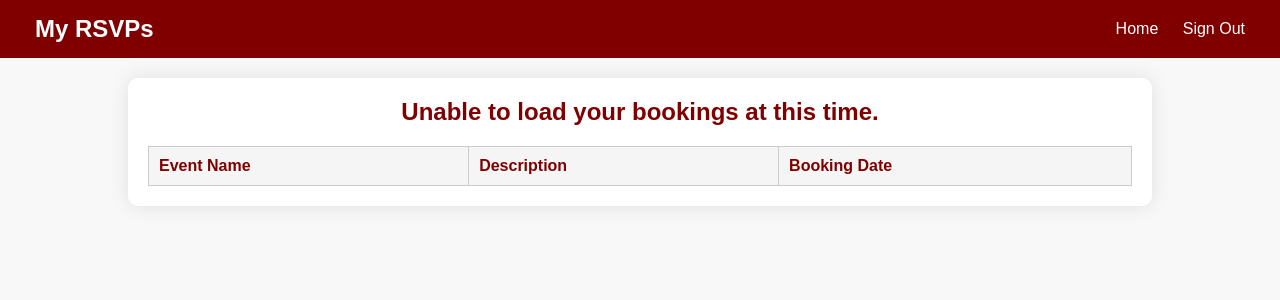
Repository: krypton-arch/CollegeEvent
Page: CollegeEvent/src/main/webapp/my_rsvps.html
These files come from the project's save history. The page is drawn as it stood at one moment and after the next save; the edit follows.
The browser window is 1280 px wide. The pictures show the whole page.
The page's requests for data from a server got no answer.

Above is the page before, as saved 2024-10-30 12:26:03.

### CollegeEvent/src/main/webapp/my_rsvps.html
<!DOCTYPE html>
<html lang="en">
<head>
    <meta charset="UTF-8">
    <meta name="viewport" content="width=device-width, initial-scale=1.0">
    <link rel="stylesheet" href="styles3.css">
    <title>My RSVPs - College Event Management</title>
</head>
<body>
    <nav class="navbar">
        <h1>My RSVPs</h1>
        <div class="nav-links">
            <a href="home.html">Home</a>
            <a href="login.html">Sign Out</a>
        </div>
    </nav>

    <div class="container">
        <h2 id="greeting"></h2>
        <table id="rsvp-table">
            <thead>
                <tr>
                    <th>Event Name</th>
                    <th>Description</th>
                    <th>Booking Date</th>
                </tr>
            </thead>
            <tbody>
                <!-- RSVP bookings will be inserted here by JavaScript -->
            </tbody>
        </table>
        <p id="no-rsvps" style="display: none;">You currently have no RSVPs.</p>
    </div>

    <script>
        // Fetch RSVPs on page load
        window.onload = async function() {
            try {
                const response = await fetch('MyRSVPsServlet');
                const data = await response.json();

                // Display greeting with user name
                document.getElementById('greeting').innerText = `Hello, ${data.name}! Here are your bookings:`;

                const tbody = document.getElementById('rsvp-table').getElementsByTagName('tbody')[0];

                // Check if there are any bookings
                if (data.bookings && data.bookings.length > 0) {
                    // Populate the table with bookings data
                    data.bookings.forEach(booking => {
                        const row = tbody.insertRow();
                        row.insertCell(0).innerText = booking.eventName;
                        row.insertCell(1).innerText = booking.description || 'No description available';
                        row.insertCell(2).innerText = booking.bookingDate;
                    });
                } else {
                    // Show message if no RSVPs are found
                    document.getElementById('no-rsvps').style.display = 'block';
                }
            } catch (error) {
                console.error('Error fetching RSVPs:', error);
                document.getElementById('greeting').innerText = 'Unable to load your bookings at this time.';
            }
        };
    </script>
</body>
</html>

### CollegeEvent/src/main/webapp/styles3.css
@charset "ISO-8859-1";

* {
    box-sizing: border-box;
    margin: 0;
    padding: 0;
}

body {
    font-family: Arial, sans-serif;
    background-color: #f8f8f8; /* Light cream background */
}

.navbar {
    display: flex;
    justify-content: space-between;
    align-items: center;
    background-color: maroon; /* Maroon navbar */
    color: white;
    padding: 15px;
}

.navbar h1 {
    margin-left: 20px;
}

.nav-links {
    margin-right: 20px;
}

.nav-links a {
    color: white;
    text-decoration: none;
    margin-left: 20px;
}

.nav-links a:hover {
    text-decoration: underline;
}

.container {
    padding: 20px;
    margin: 20px auto;
    width: 80%;
    background-color: #ffffff; /* White box */
    border-radius: 10px;
    box-shadow: 0 0 20px rgba(0, 0, 0, 0.1);
}

h2 {
    text-align: center;
    color: maroon;
    margin-bottom: 20px;
}

table {
    width: 100%;
    border-collapse: collapse;
}

th, td {
    border: 1px solid #ccc;
    padding: 10px;
    text-align: left;
}

th {
    background-color: #f5f5f5; /* Light cream header */
    color: maroon;
}

After the next save:
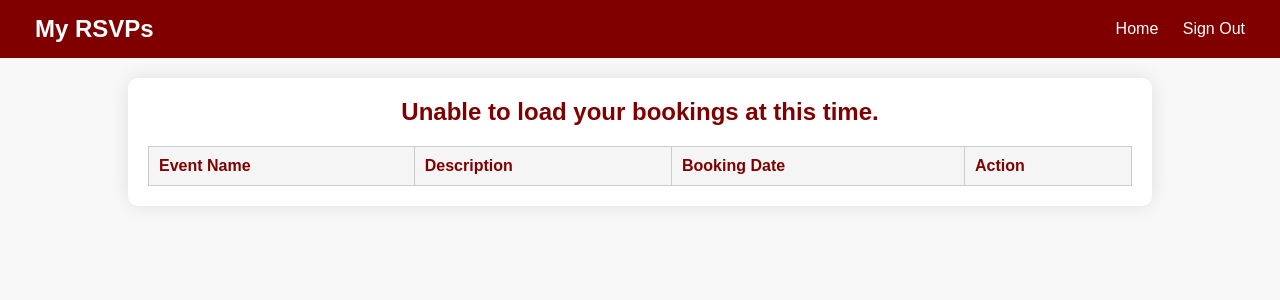
Saved 99 s later.
--- a/CollegeEvent/src/main/webapp/my_rsvps.html
+++ b/CollegeEvent/src/main/webapp/my_rsvps.html
@@ -23,6 +23,7 @@
                     <th>Event Name</th>
                     <th>Description</th>
                     <th>Booking Date</th>
+                    <th>Action</th>
                 </tr>
             </thead>
             <tbody>
@@ -36,7 +37,7 @@
         // Fetch RSVPs on page load
         window.onload = async function() {
             try {
-                const response = await fetch('MyRSVPsServlet');
+                const response = await fetch('myRSVPs');
                 const data = await response.json();
 
                 // Display greeting with user name
@@ -51,7 +52,14 @@
                         const row = tbody.insertRow();
                         row.insertCell(0).innerText = booking.eventName;
                         row.insertCell(1).innerText = booking.description || 'No description available';
-                        row.insertCell(2).innerText = booking.bookingDate;
+                        row.insertCell(2).innerText = booking.bookingdate;
+
+                        // Create cancel button and add to table
+                        const cancelCell = row.insertCell(3);
+                        const cancelButton = document.createElement('button');
+                        cancelButton.innerText = 'Cancel';
+                        cancelButton.onclick = () => cancelBooking(booking.eventName, row);
+                        cancelCell.appendChild(cancelButton);
                     });
                 } else {
                     // Show message if no RSVPs are found
@@ -62,6 +70,32 @@
                 document.getElementById('greeting').innerText = 'Unable to load your bookings at this time.';
             }
         };
+
+        // Function to cancel a booking
+        async function cancelBooking(eventName, row) {
+            try {
+                const response = await fetch('cancelBooking', {
+                    method: 'POST',
+                    headers: { 'Content-Type': 'application/json' },
+                    body: JSON.stringify({ eventName })
+                });
+
+                const result = await response.json();
+                if (result.success) {
+                    row.remove(); // Remove the row from the table
+                    // Show message if table is empty after deletion
+                    const tbody = document.getElementById('rsvp-table').getElementsByTagName('tbody')[0];
+                    if (tbody.rows.length === 0) {
+                        document.getElementById('no-rsvps').style.display = 'block';
+                    }
+                } else {
+                    alert('Failed to cancel the booking. Please try again.');
+                }
+            } catch (error) {
+                console.error('Error cancelling booking:', error);
+                alert('Error cancelling booking. Please try again later.');
+            }
+        }
     </script>
 </body>
 </html>
